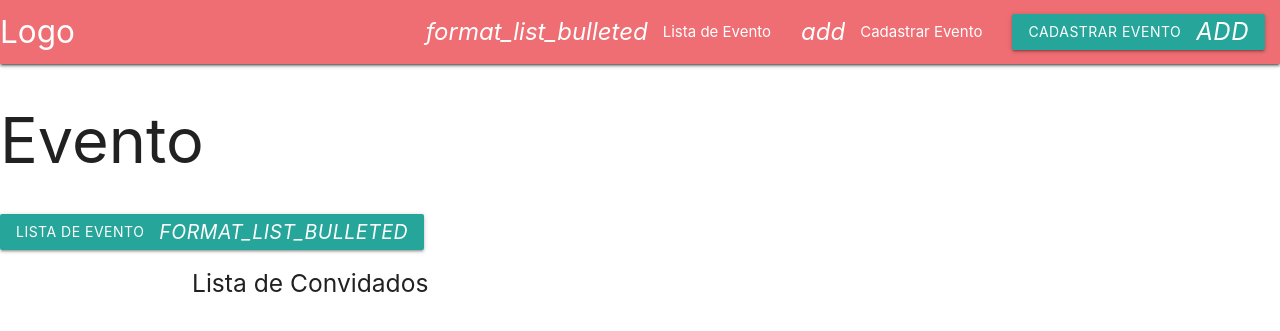
Repository: CaioCoutodePrograma/Eventosapp
Page: http://localhost/evento/detalhesEvento
An editor plug-in stored every save of this project. The page is shown before and after the next save, followed by the edit.
The browser window is 1280 px wide. The pictures show the whole page.
The page is this project's Thymeleaf template; nobody is signed in. The template is opened directly, without the code that normally fills it, so the values that code supplies are empty.

Above is the page before, as saved 2020-03-02 23:06:39.

### eventoapp/eventoapp/src/main/resources/templates/evento/detalhesEvento.html
<!DOCTYPE html>
<html xmlns:th="http://thymeleaf.org"
	xmlns:layout="http://www.ultraq.net.nz/thymeleaf/layout" lang=”pt-br”>
<head>
<title>EventosApp</title>
<!--Import Google Icon Font-->
<link href="https://fonts.googleapis.com/icon?family=Material+Icons"
	rel="stylesheet" />
<!--Import materialize.css-->
<link type="text/css" rel="stylesheet"
	href="materialize/css/materialize.min.css" media="screen,projection" />

<!--Let browser know website is optimized for mobile-->
<meta name="viewport" content="width=device-width, initial-scale=1.0" />
</head>
<body>
	<header>
		<nav>
			<div class="navbar-fixed">
				<nav>
					<div class="nav-wrapper">
						<a href="#!" class="brand-logo">Logo</a>
						<ul class="right hide-on-med-and-down">
							<li><a href="/eventos"><i class="material-icons left">format_list_bulleted</i>Lista
									de Evento</a></li>
							<a class="waves-effect waves-light btn"><i
								class="material-icons right">add</i>Cadastrar Evento</a>

							<li><a href="/cadastrarEvento"><i
									class="material-icons left">add</i>Cadastrar Evento</a></li>
						</ul>
					</div>
				</nav>
			</div>
		</nav>
	</header>
	<h1>Evento</h1>
	<h3>

		<a href="/eventos" class="waves-effect waves-light btn"><i
			class="material-icons right">format_list_bulleted</i>Lista de Evento</a>
	</h3>
	<div th:each="evento : ${evento}" class="container">
		<div class="row">
			<p>
			<h5>Nome:</h5>
			<span th:text="${evento.nome}"></span>
			</p>
			<p>
			<h5>Local:</h5>
			<span th:text="${evento.local}"></span>
			</p>
			<p>
			<h5>Data:</h5>
			<span th:text="${evento.data}"></span>
			</p>
			<p>
			<h5>Horario:</h5>
			<span th:text="${evento.horario}"></span>
		</div>
		<th:block th:include="mensagemvalidacao"></th:block>
		<form method="post">
			<div class="input-field">
				<input class="validate" id="nomeConvidado" type="text" value=""
					name="nomeConvidado" required="required"> <label
					for="nomeConvidado">Nome Convidado</label>
			</div>
			<div class="input-field">
				<input class="validate" id="rg" type="text" value="" name="rg"
					required="required"> <label for="rg">RG</label>
			</div>
			<button class="btn waves-effect waves-light" type="submit"
				name="action">
				Adicionar <i class="material-icons right">add</i>
			</button>
		</form>

	</div>
	<div class="container">
		<h5>Lista de Convidados</h5>
		<div th:each="convidado : ${convidados}">
			<div class="row">
				<div class="input - field col s6">
					<p>
						<span th:text="${convidado.nomeConvidado}"></span>
					</p>
				</div>
				<div class="input - field col s3">
					<p>
						<span th:text="${convidado.rg}"></span>
					</p>
				</div>
			</div>
		</div>
	</div>




	<!--JavaScript at end of body for optimized loading-->
	<script type="text/javascript" src="materialize/js/materialize.min.js"></script>


</body>
</html>

Loaded but not shown: eventoapp/eventoapp/src/main/resources/static/materialize/css/materialize.min.css (library); eventoapp/eventoapp/src/main/resources/static/materialize/js/materialize.min.js (library)

After the next save:
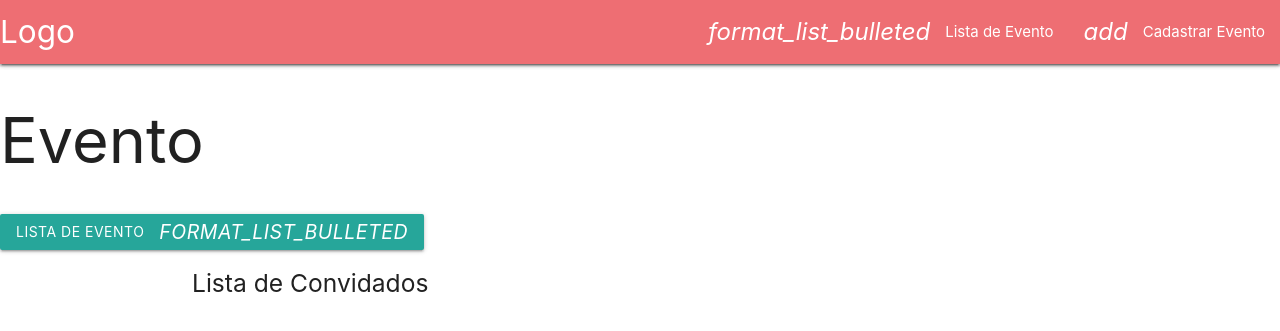
Saved 5 s later.
--- a/eventoapp/eventoapp/src/main/resources/templates/evento/detalhesEvento.html
+++ b/eventoapp/eventoapp/src/main/resources/templates/evento/detalhesEvento.html
@@ -23,9 +23,6 @@
 						<ul class="right hide-on-med-and-down">
 							<li><a href="/eventos"><i class="material-icons left">format_list_bulleted</i>Lista
 									de Evento</a></li>
-							<a class="waves-effect waves-light btn"><i
-								class="material-icons right">add</i>Cadastrar Evento</a>
-
 							<li><a href="/cadastrarEvento"><i
 									class="material-icons left">add</i>Cadastrar Evento</a></li>
 						</ul>
